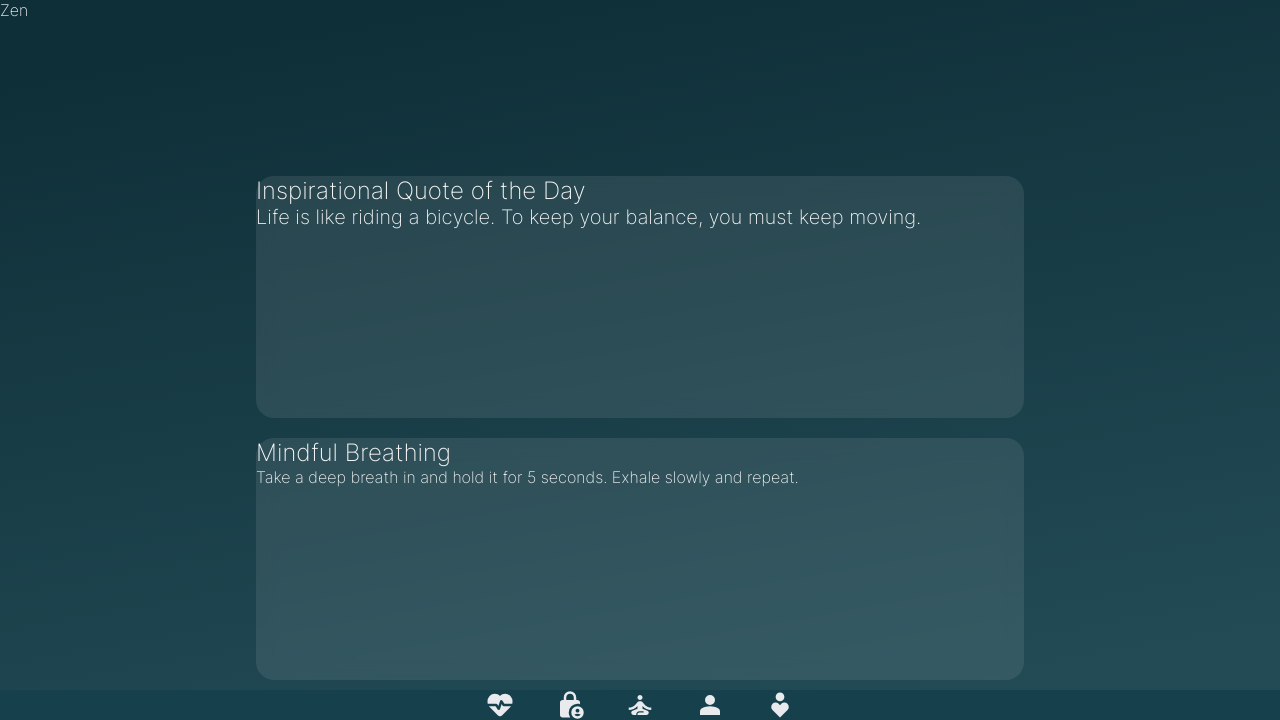
Repository: aaronw-dev/Zen
Page: dashboard.html
These files come from the project's save history. The page is drawn as it stood at one moment and after a run of saves; the edit follows.
The browser window is 1280 px wide. The pictures show the whole page.

Above is the page before, as saved 2024-06-08 13:47:18.

After the next 3 saves:
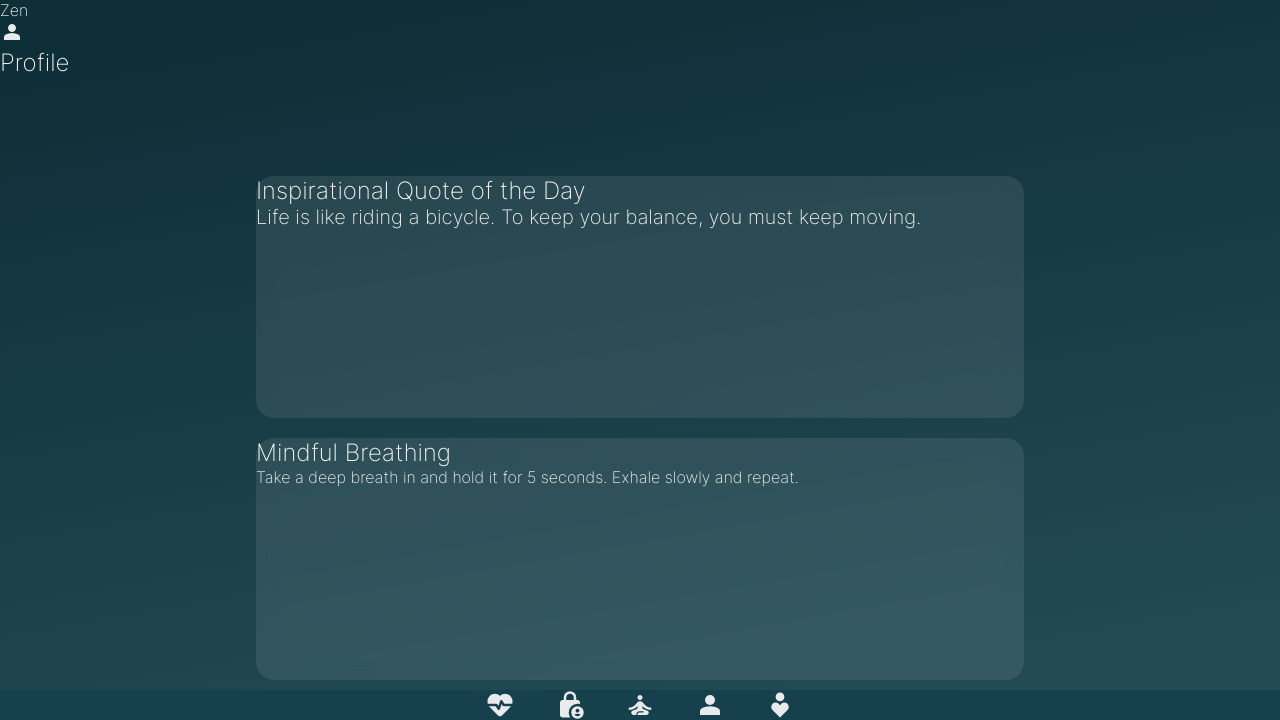
The 3 saves are shown as one change because they came seconds apart.
The last was saved 13 s later.
--- a/dashboard.html
+++ b/dashboard.html
@@ -15,7 +15,8 @@
         <span class="header-name">Zen</span>
     </div>
     <div class="profile-image">
-
+        <img src="../static/icons/profile.svg">
+        <h2>Profile</h2>
     </div>
     <div class="features">
         <div class="inspirational_quote">
